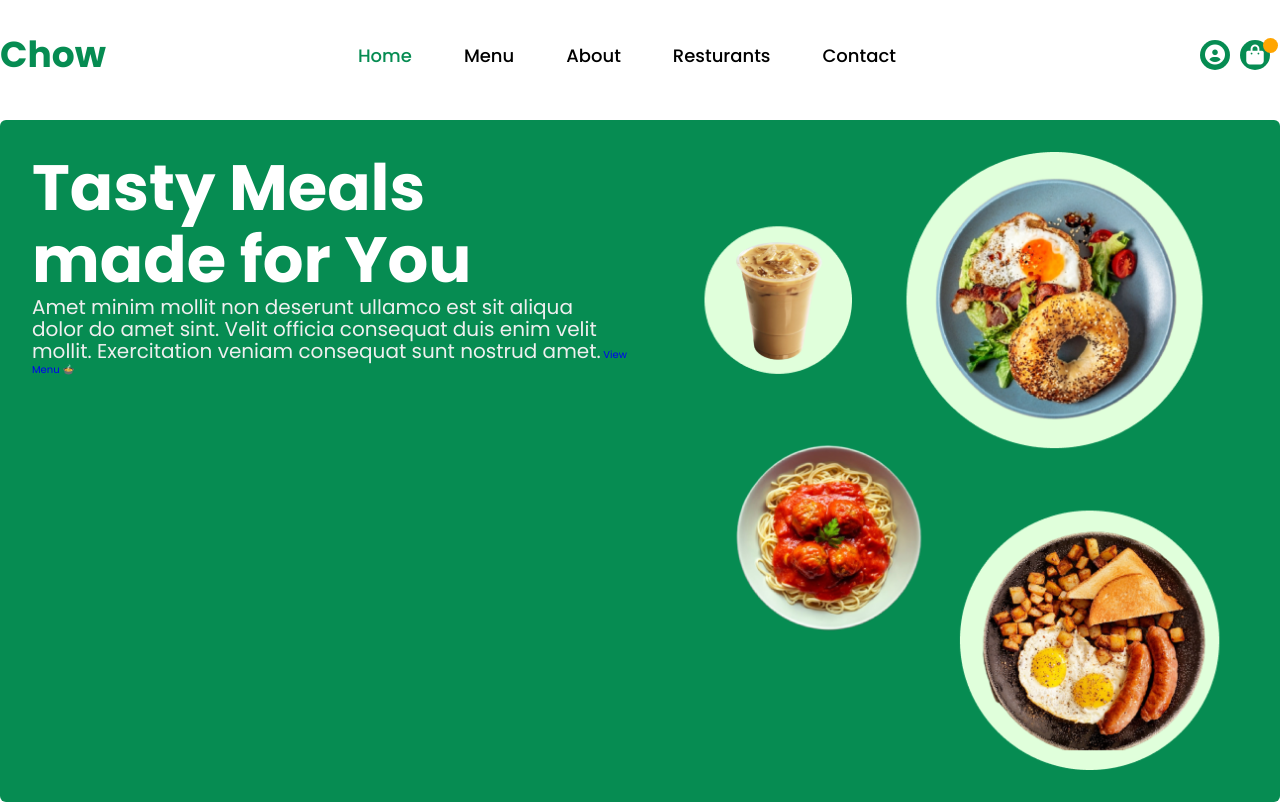
Repository: nguyennam1029/balbal
Page: index.html
The author's editor kept a copy of each file at every save. The page is drawn from the files as they stood at one save, then again after the next save.
The browser window is 1280 px wide. The pictures show the whole page.
Some web libraries are served in a nearby version.

Above is the page before, as saved 2022-07-01 17:26:40.

After the next save:
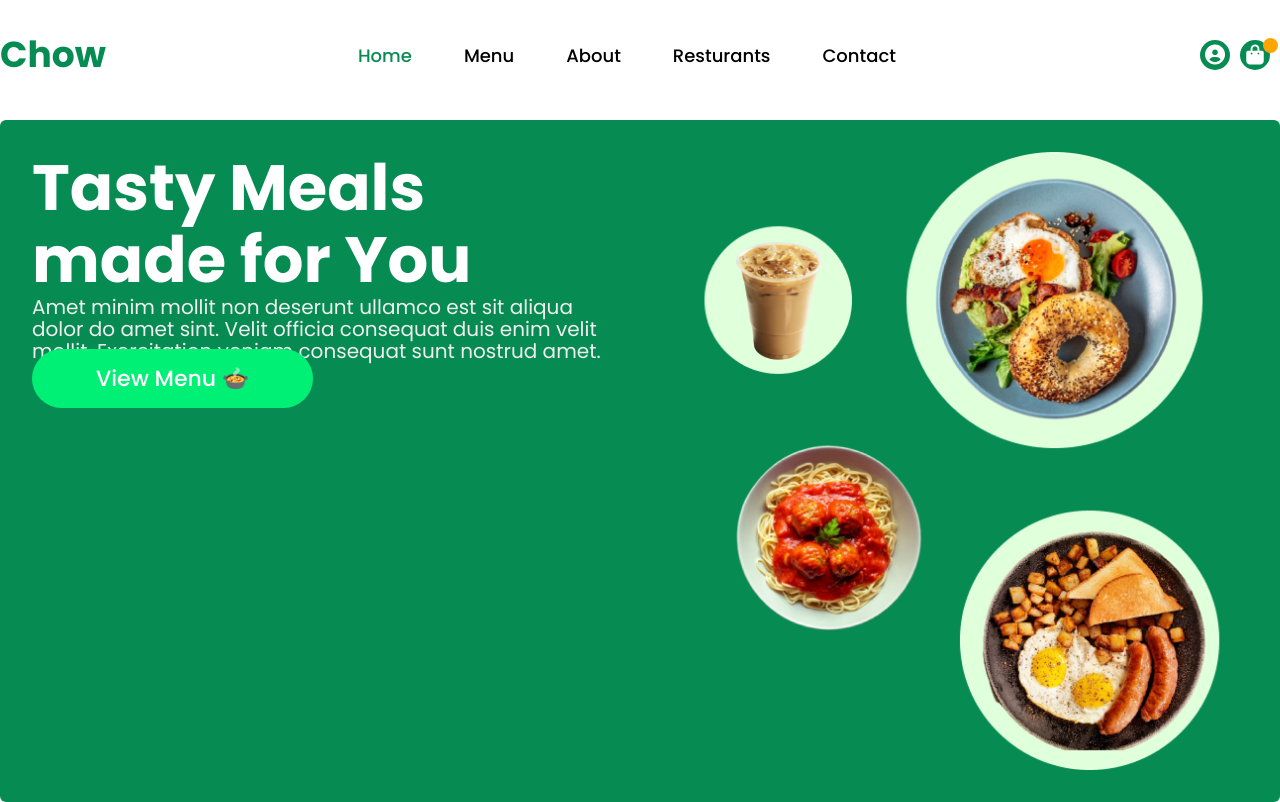
Saved 75 s later.
--- a/css/style.css
+++ b/css/style.css
@@ -161,3 +161,18 @@ ul {
     color : #EFEFEF;
     margin: 14px 0 24px;
 }
+
+.banner-btn {
+    font-weight          : 500;
+    font-size            : 2.2rem;
+    line-height          : 33px;
+    padding              : 14px 64px;
+    /*Primary/White*/
+    color                : #FFFFFF;
+    background           : #00F076;
+    border-radius        : 32px;
+    -webkit-border-radius: 32px;
+    -moz-border-radius   : 32px;
+    -ms-border-radius    : 32px;
+    -o-border-radius     : 32px;
+}
